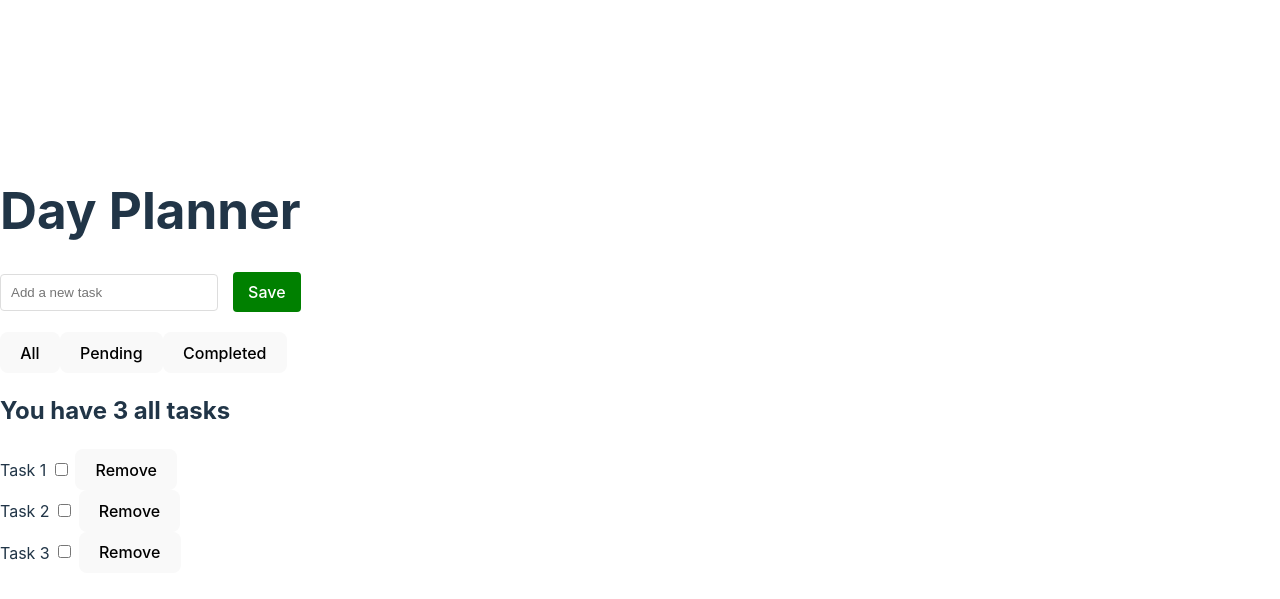
Repository: GavinPahal/Lab7
Page: /
The author's editor kept a copy of each file at every save. The page is drawn from the files as they stood at one save, then again after the next save.
The browser window is 1280 px wide. The pictures show the whole page.
The project was rebuilt for these pictures with package versions that can differ from the ones it lists, and the page was loaded fresh each time. Also part of the build but not shown: vite.config.js.

Above is the page before, as saved 2024-10-28 13:55:07.

After the next save:
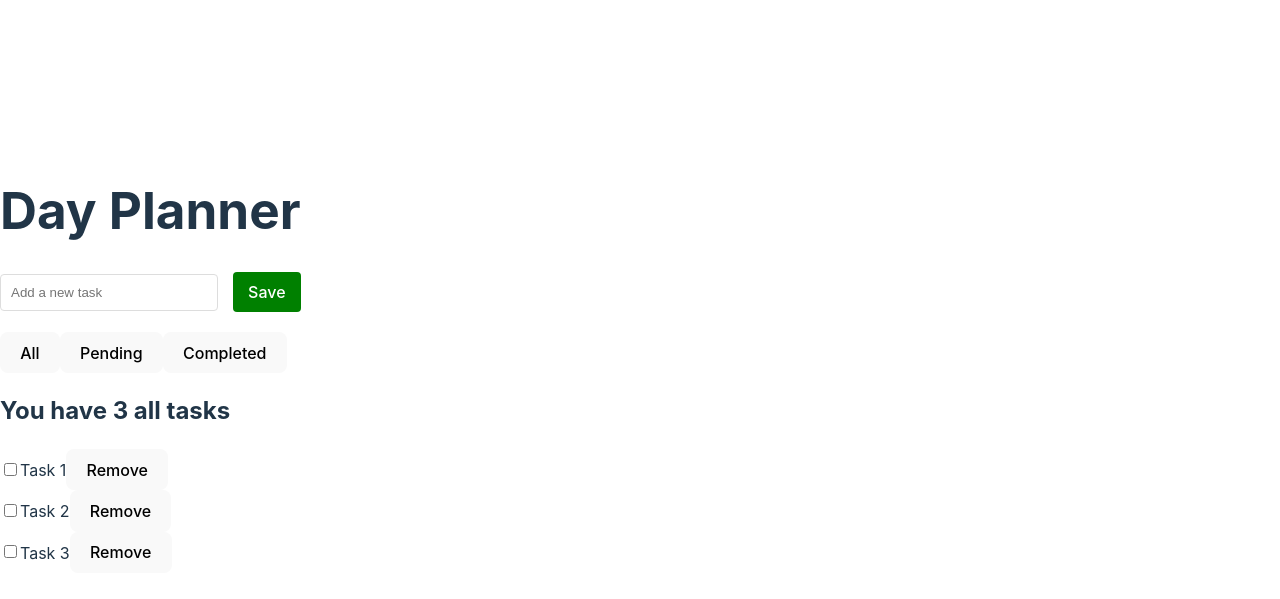
Saved 12 s later.
--- a/src/components/Task.jsx
+++ b/src/components/Task.jsx
@@ -3,13 +3,14 @@ import React from 'react';
 function Task({ task, index, toggleTask, deleteTask }) {
   return (
     <div className={`task ${task.isCompleted ? 'completed' : ''}`}>
-      <span>{task.text}</span> {/* Task name */}
       <input
         type="checkbox"
         checked={task.isCompleted}
         onChange={() => toggleTask(index)}
-      /> {/* Checkbox placed after task name */}
-      <button onClick={() => deleteTask(index)}>Remove</button>
+        disabled={task.isCompleted} // Disable if task is completed
+      />
+      <span className="task-text">{task.text}</span>
+      <button className="remove-button" onClick={() => deleteTask(index)}>Remove</button>
     </div>
   );
 }
